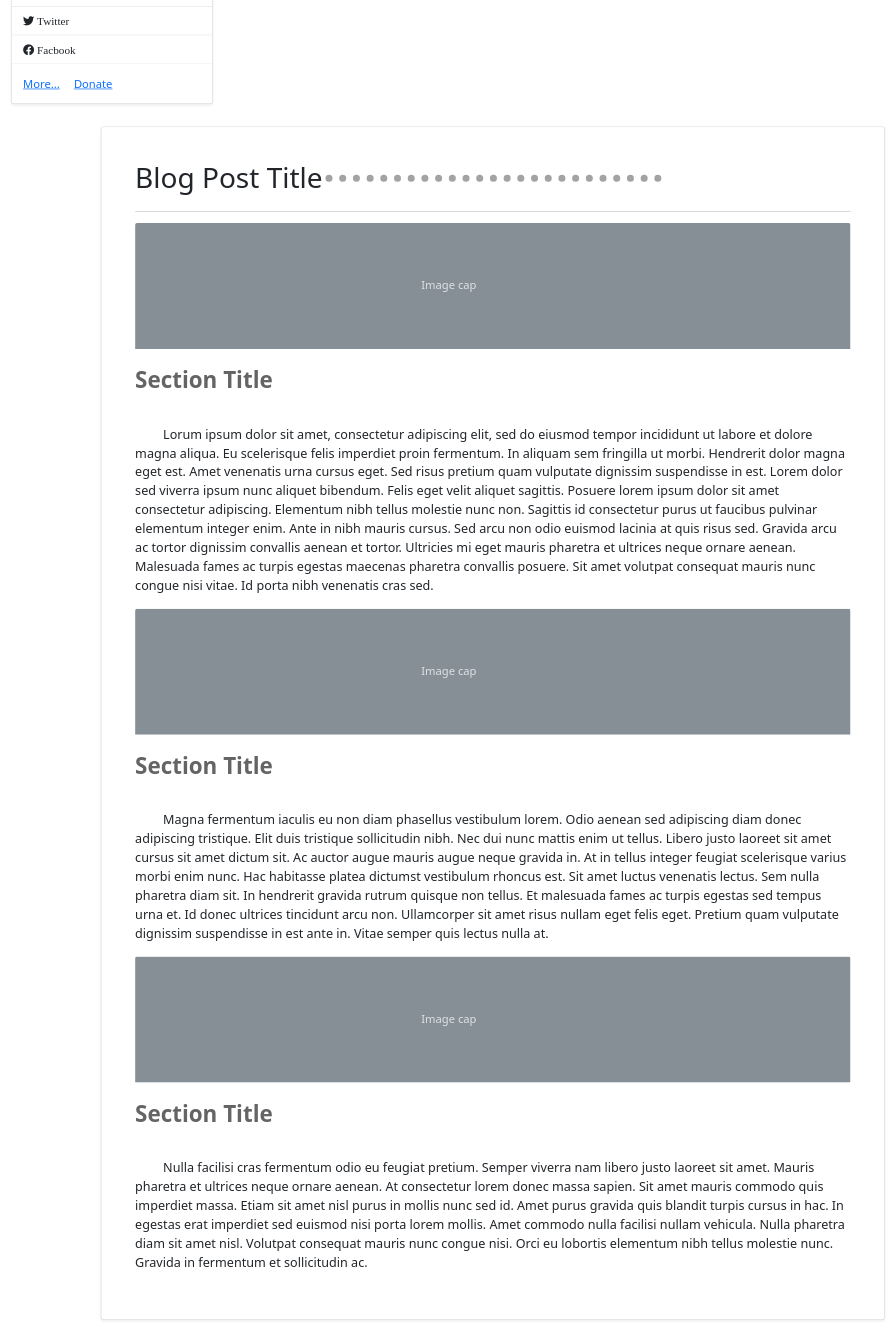
Repository: LublubXT/Azi-Tec-Team
Page: views/templates/blogs/personalblog/home.html
These files come from the project's save history. The page is drawn as it stood at one moment and after the next save; the edit follows.
The browser window is 1280 px wide. The pictures show the part of the page from y = 1301 to 3221 px (the page is 3203 px tall before and 3343 px after), at 70% of full size.

Above is the page before, as saved 2021-03-11 09:47:28.

After the next save:
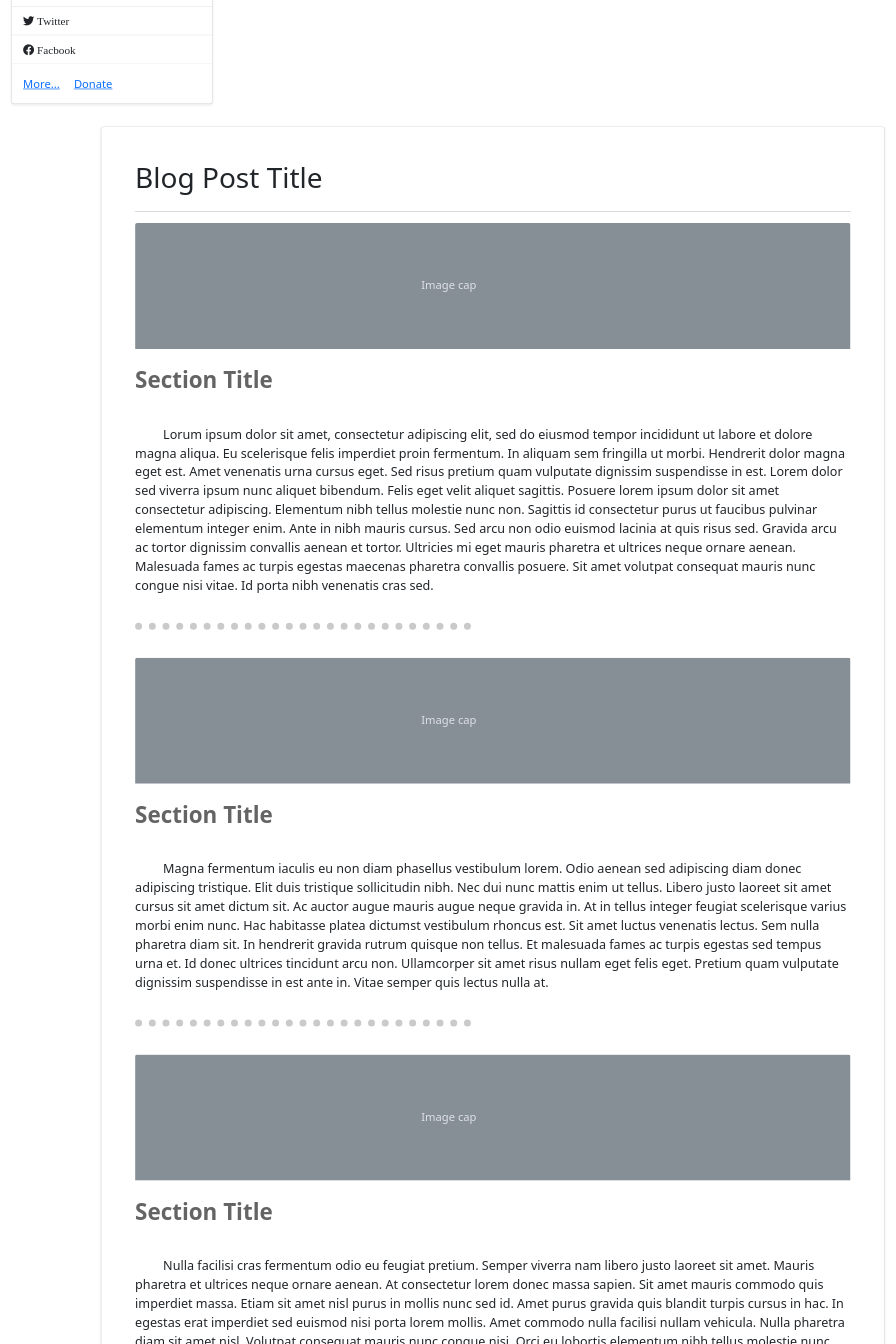
Saved 17 s later.
--- a/views/templates/blogs/personalblog/css/style.css
+++ b/views/templates/blogs/personalblog/css/style.css
@@ -85,6 +85,5 @@ body {
     margin-top: 20px;
     margin-bottom: 40px;
     width: 30rem;
-    position: absolute;
-    left: 20rem;
+
 }
